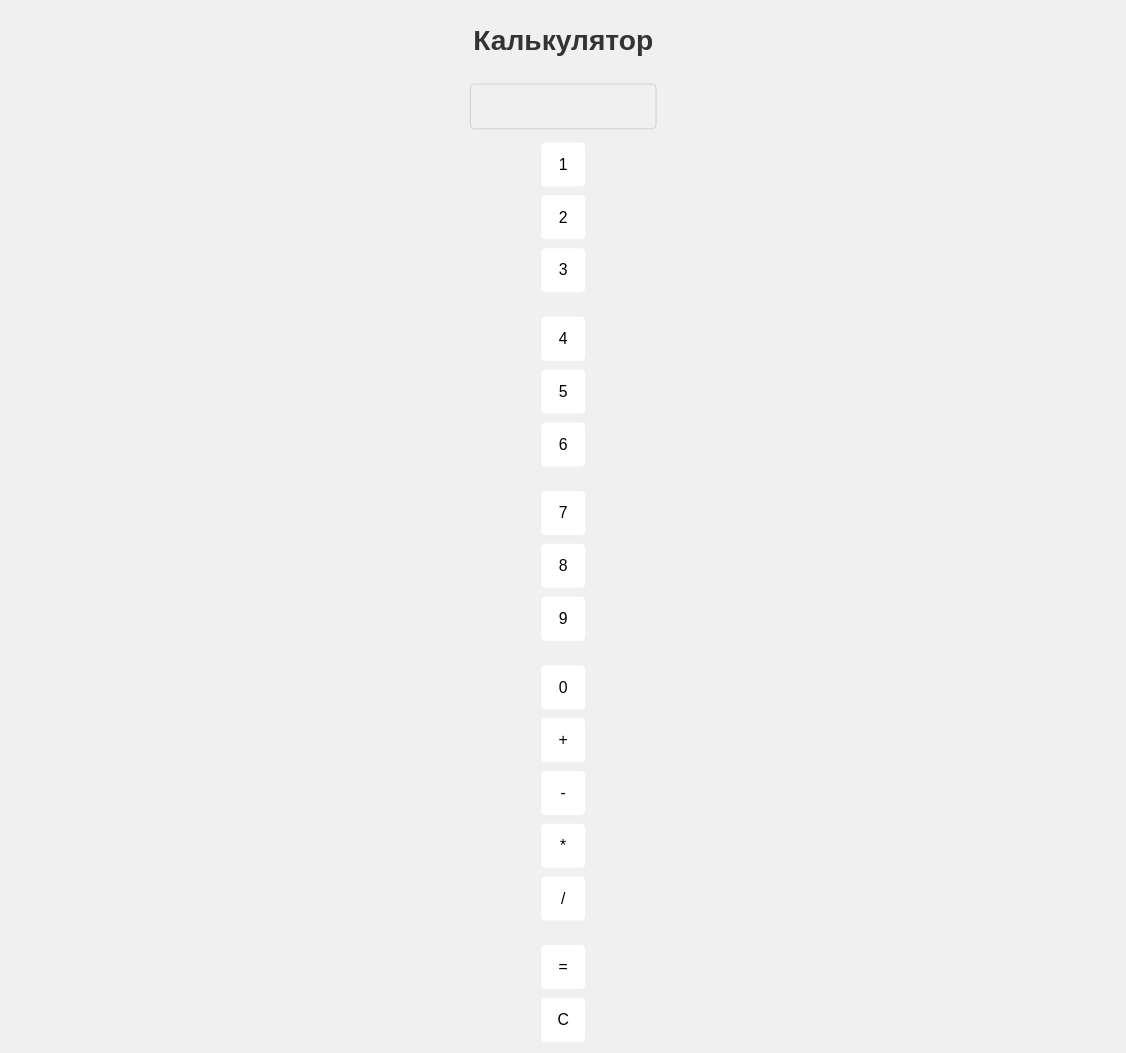
Repository: Burnmyheart/calculator
Page: index.html
An editor plug-in stored every save of this project. The page is shown before and after the next save, followed by the edit.
The browser window is 1280 px wide. The pictures show the whole page, at 88% of full size.

Above is the page before, as saved 2025-04-28 18:45:13.

After the next save:
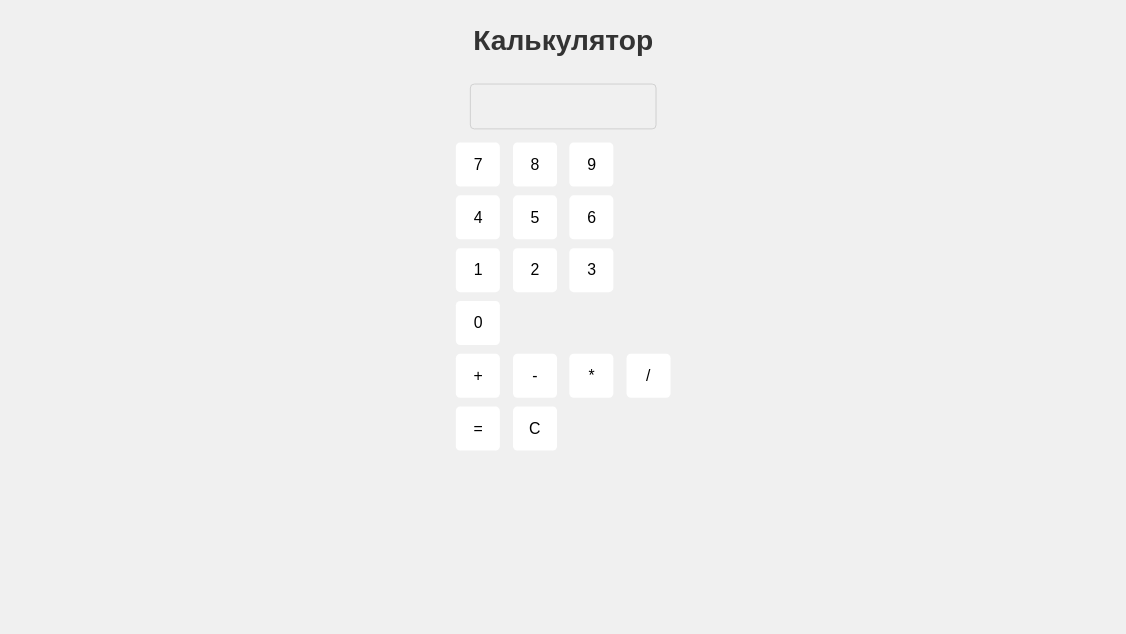
Saved 32 s later.
--- a/index.html
+++ b/index.html
@@ -10,29 +10,33 @@
     <h1>Калькулятор</h1>
     <input type="text" id="display" disabled />
 
-    <button class="button" onclick="appendNumber('1')">1</button>
-    <button class="button" onclick="appendNumber('2')">2</button>
-    <button class="button" onclick="appendNumber('3')">3</button><br />
+    <div class="calculator">
+      <div class="numbers">
+        <button class="button" onclick="appendNumber('7')">7</button>
+        <button class="button" onclick="appendNumber('8')">8</button>
+        <button class="button" onclick="appendNumber('9')">9</button><br />
 
-    <button class="button" onclick="appendNumber('4')">4</button>
-    <button class="button" onclick="appendNumber('5')">5</button>
-    <button class="button" onclick="appendNumber('6')">6</button><br />
+        <button class="button" onclick="appendNumber('4')">4</button>
+        <button class="button" onclick="appendNumber('5')">5</button>
+        <button class="button" onclick="appendNumber('6')">6</button><br />
 
-    <button class="button" onclick="appendNumber('7')">7</button>
-    <button class="button" onclick="appendNumber('8')">8</button>
-    <button class="button" onclick="appendNumber('9')">9</button><br />
+        <button class="button" onclick="appendNumber('1')">1</button>
+        <button class="button" onclick="appendNumber('2')">2</button>
+        <button class="button" onclick="appendNumber('3')">3</button><br />
 
-    <button class="button" onclick="appendNumber('0')">0</button>
+        <button class="button" onclick="appendNumber('0')">0</button>
+      </div>
 
-    <!-- Операции -->
-    <button class="button" onclick="appendOperator('+')">+</button>
-    <button class="button" onclick="appendOperator('-')">-</button>
-    <button class="button" onclick="appendOperator('*')">*</button>
-    <button class="button" onclick="appendOperator('/')">/</button><br />
+      <div class="operations">
+        <button class="button" onclick="appendOperator('+')">+</button>
+        <button class="button" onclick="appendOperator('-')">-</button>
+        <button class="button" onclick="appendOperator('*')">*</button>
+        <button class="button" onclick="appendOperator('/')">/</button><br />
 
-    <!-- Спец. кнопки -->
-    <button class="button" onclick="calculate()">=</button>
-    <button class="button" onclick="clearOutput()">C</button>
+        <button class="button" onclick="calculate()">=</button>
+        <button class="button" onclick="clearOutput()">C</button>
+      </div>
+    </div>
   </body>
   <script src="script.js"></script>
 </html>
